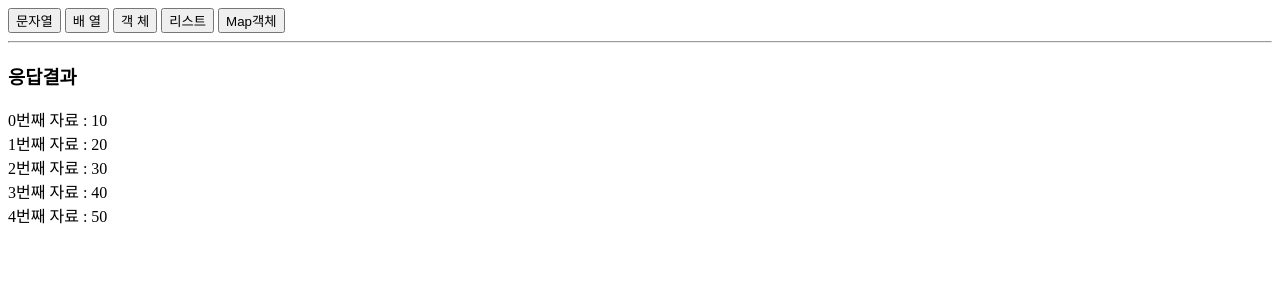
Repository: p2terkim/servletWork
Page: http://localhost/servletTest/basic/json/jsonTest.jsp
These files come from the project's save history. The page is drawn as it stood at one moment and after the next save; the edit follows.
The browser window is 1280 px wide. The pictures show the whole page.
After loading, the first visible `#objBtn` was clicked once.
The page is served by Tomcat 9. Other server files are loaded and not shown.

Above is the page before, as saved 2021-05-20 06:22:10.

### servletTest/WebContent/basic/json/jsonTest.jsp
<%@ page language="java" contentType="text/html; charset=UTF-8"
    pageEncoding="UTF-8"%>
<!DOCTYPE html>
<html>
<head>
<meta charset="UTF-8">
<title>JSON 데이터 Ajax로 처리하기</title>
<script type="text/javascript" src = "<%=request.getContextPath()%>/js/jquery-3.6.0.min.js"></script>

<script type="text/javascript">
$(function(){
	$("#strBtn").on("click", function(){
		$.ajax({
			url : "<%=request.getContextPath()%>/JSONTest.do",
			type : "post",
			data : "choice=str",
			success : function(data){
				$('#result').html(data);
			},
			dataType : "json"
		});
	});

	//--------------------------------------

	$("#arrayBtn").on("click", function(){
		$.ajax({
			url : "<%=request.getContextPath()%>/JSONTest.do",
			type : "post",
			data : "choice=array",
			success : function(data){

				var str = "";

				$.each(data, function(i, v){
					str += i + "번째 자료 : " + v + "<br>"
				});

				$('#result').html(str);
			},
			dataType : "json"
		});
	});

	//--------------------------------------

	$("#objBtn").on("click", function(){
		$.ajax({
			url : "<%=request.getContextPath()%>/JSONTest.do",
			type : "post",
			data : "choice=array",
			success : function(data){

				var str = "";

				$.each(data, function(i, v){
					str += i + "번째 자료 : " + v + "<br>"
				});

				$('#result').html(str);
			},
			dataType : "json"
		});
	});


});

</script>
</head>
<body>

<form>
	<input type="button" id="strBtn" value="문자열">
	<input type="button" id="arrayBtn" value="배 열">
	<input type="button" id="objBtn" value="객 체">
	<input type="button" id="listBtn" value="리스트">
	<input type="button" id="mapBtn" value="Map객체">
</form>
<hr>
<h3>응답결과</h3>
<div id="result"></div>


</body>
</html>

### servletTest/src/kr/or/ddit/basic/json/JSONTestServlet.java
package kr.or.ddit.basic.json;

import java.io.IOException;
import java.io.PrintWriter;

import javax.servlet.ServletException;
import javax.servlet.annotation.WebServlet;
import javax.servlet.http.HttpServlet;
import javax.servlet.http.HttpServletRequest;
import javax.servlet.http.HttpServletResponse;

import com.google.gson.Gson;

@WebServlet("/JSONTest.do")
public class JSONTestServlet extends HttpServlet {
	private static final long serialVersionUID = 1L;

	protected void doGet(HttpServletRequest request, HttpServletResponse response) throws ServletException, IOException {

		request.setCharacterEncoding("utf-8");

		//응답을 json으로 보내기
		response.setCharacterEncoding("utf-8");
		response.setContentType("application/json); charset=utf-8");

		String choice = request.getParameter("choice");

		Gson gson = new Gson();	//JSON 라이브러리(Gson)객체 생성
		String jsonData = null;

		switch(choice) {
			case "str":
				String str = "안녕하세요.";
				jsonData = gson.toJson(str);	//데이터를 JSON 형태의 문자열로 변환한다.
				break;
			case "array":
				int[] arr = new int[] {10, 20, 30, 40, 50};
				jsonData = gson.toJson(arr);
				break;
			case "obj":	//SampleVO 클래스를 만들어서 사용한다.
				SampleVO sample = new SampleVO();
				sample.setId(100);
				sample.setName("홍길동");

				jsonData = gson.toJson(sample);
				break;
			case "list":
				break;
			case "map":
				break;
		}

		//변환된 JSON 구조의 문자열을 출력해본다.
		//System.out.println(choice + " : " + jsonData);

		//만들어진 JSON 문자열을 응답 데이터로 보내준다.
		PrintWriter out = response.getWriter();

		out.write(jsonData);

		out.flush();
		out.close();


	}

	protected void doPost(HttpServletRequest request, HttpServletResponse response) throws ServletException, IOException {
		doGet(request, response);
	}

}

Loaded but not shown: servletTest/WebContent/js/jquery-3.6.0.min.js (library)

After the next save:
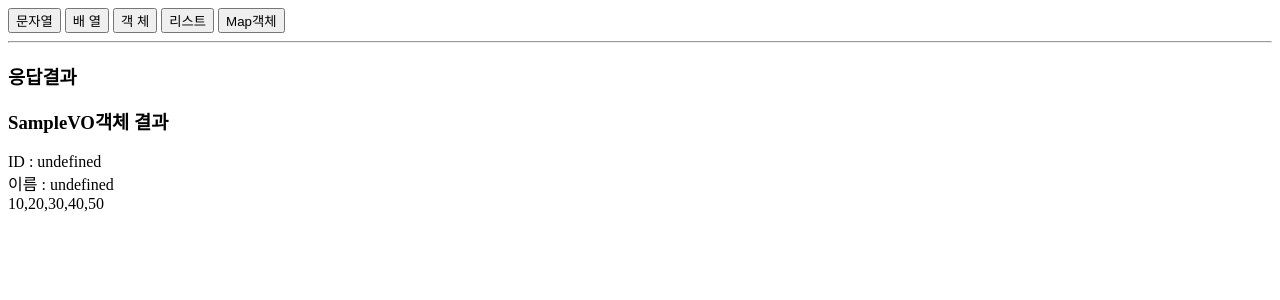
Saved 86 s later.
--- a/servletTest/WebContent/basic/json/jsonTest.jsp
+++ b/servletTest/WebContent/basic/json/jsonTest.jsp
@@ -51,7 +51,10 @@ $(function(){
 			data : "choice=array",
 			success : function(data){
 
-				var str = "";
+				var str = "<h3>SampleVO객체 결과</h3>";
+				str += " ID : " + data.id + "<br>";
+				str += " 이름 : " + data.name + "<br>";
+				str +=
 
 				$.each(data, function(i, v){
 					str += i + "번째 자료 : " + v + "<br>"
